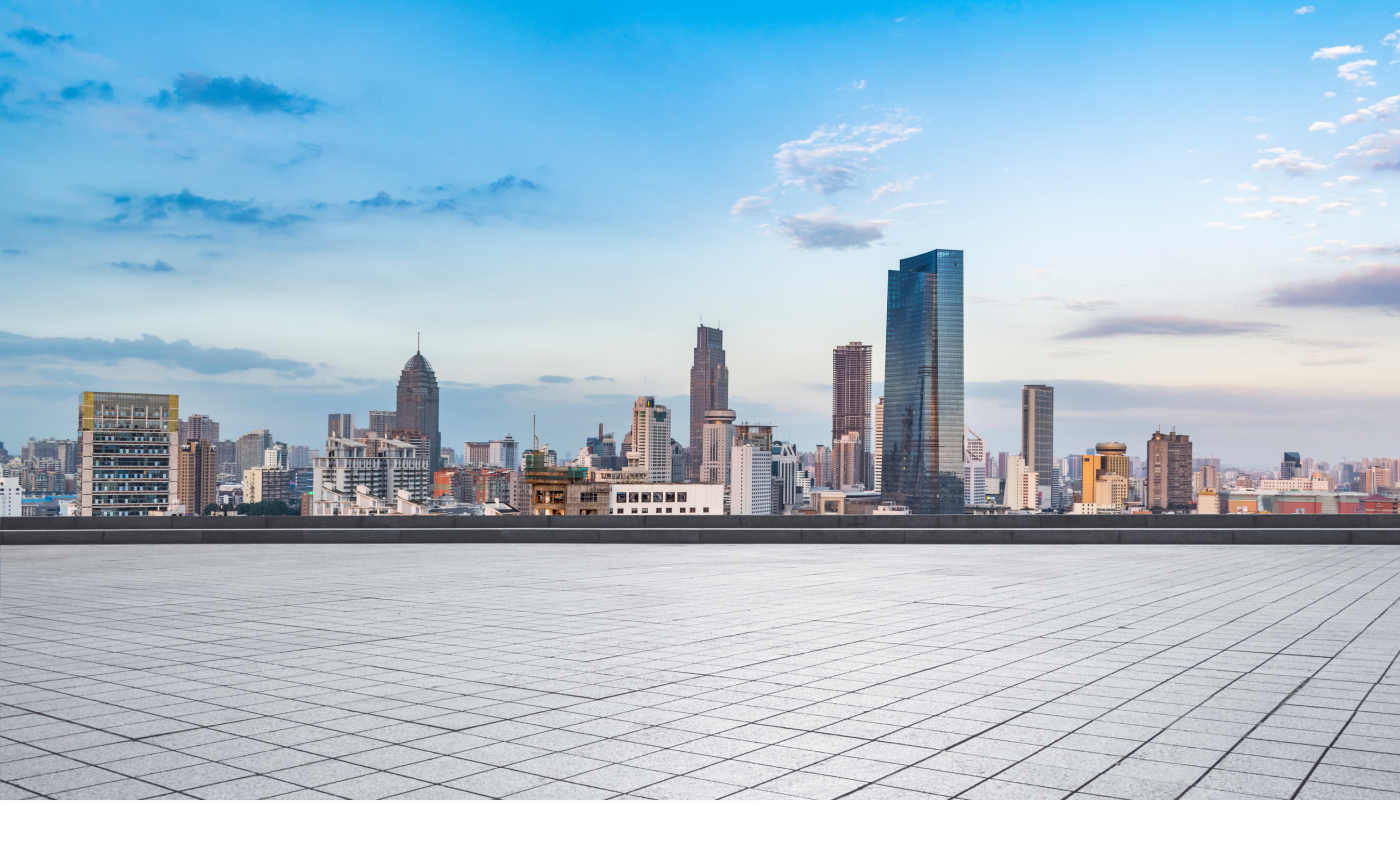
Repository: yosuke257/20231104_watanabe_css
Page: coachtech/html-css/index.html
The author's editor kept a copy of each file at every save. The page is drawn from the files as they stood at one save, then again after the next save.
The browser window is 1280 px wide. The page is 1400 px wide, then 1280 px, so the pictures cover 1400 px, including what lies to the right of the window. The pictures show the whole page.

Above is the page before, as saved 2023-10-22 23:52:21.

After the next save:
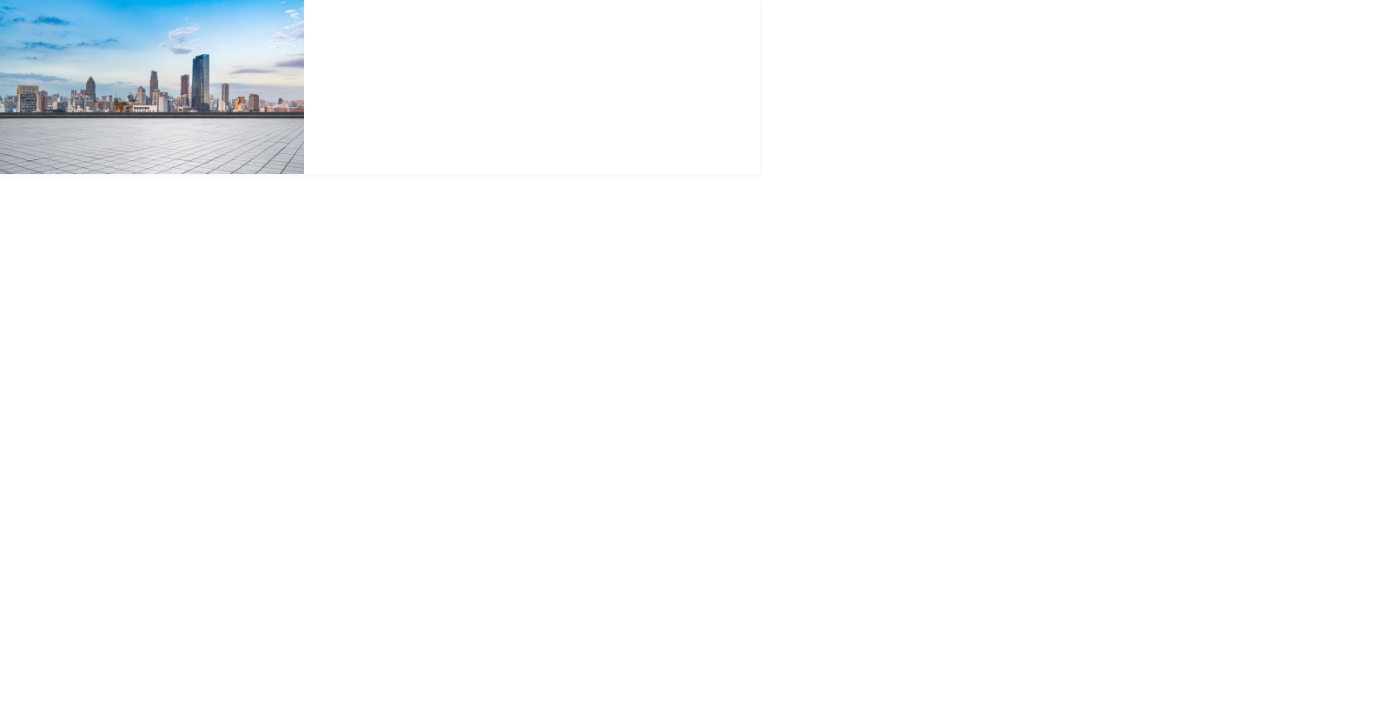
Saved 40 s later.
--- a/coachtech/html-css/index.html
+++ b/coachtech/html-css/index.html
@@ -11,8 +11,9 @@
 
 <body>
     <div class="card">
-        <div class="card__img"></div>
+        <div class="card__img">
         <img src="img/mv.png" alt="">
+        </div>
     </div>
 
     <div class="card__content">
